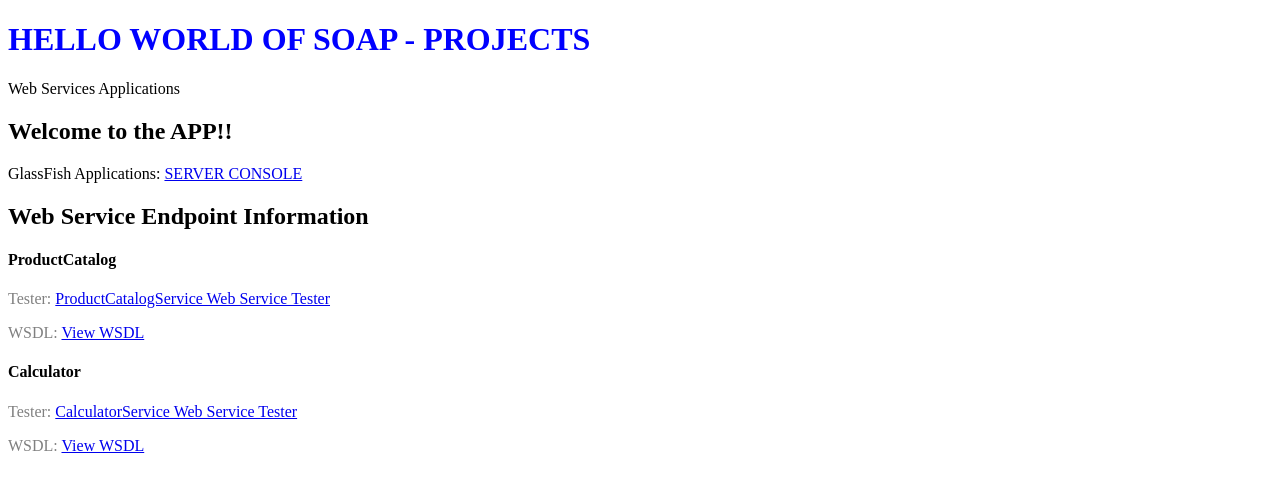
Repository: atafs/BackEnd_JAX-JAX-WS_SOAP
Page: http://localhost/Project_003_SOAP_server_ServiceAndContractFirst/
These files come from the project's save history. The page is drawn as it stood at one moment and after the next save; the edit follows.
The browser window is 1280 px wide. The pictures show the whole page.
The page is served by Tomcat 9.

Above is the page before, as saved 2016-01-26 11:59:39.

After the next save:
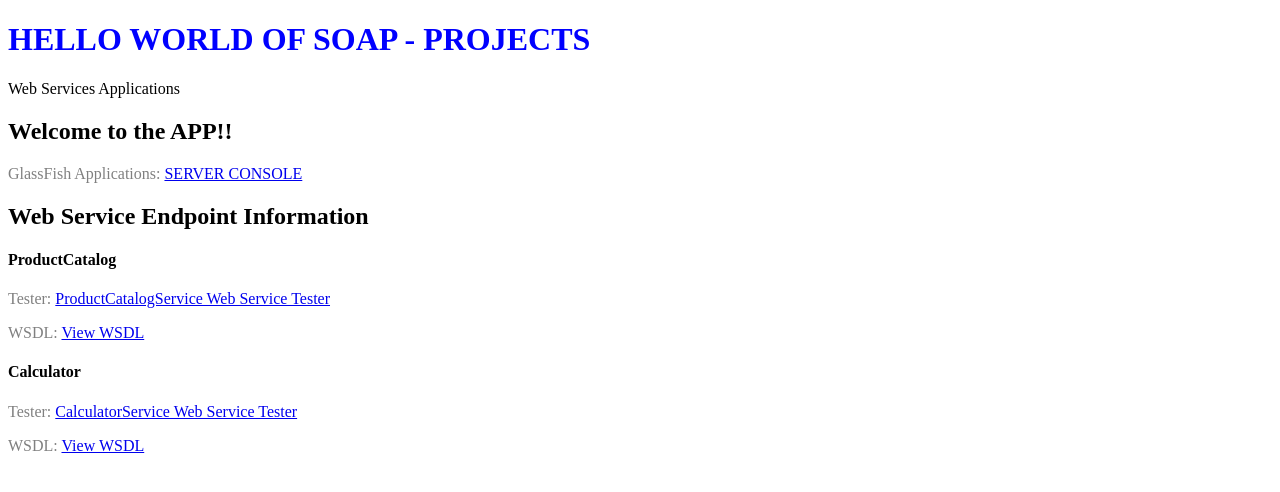
Saved 24 s later.
--- a/Project_003_SOAP_server_ServiceAndContractFirst/WebContent/index.jsp
+++ b/Project_003_SOAP_server_ServiceAndContractFirst/WebContent/index.jsp
@@ -16,7 +16,7 @@
 
 	<!-- LINKS -->
 	<h2>Welcome to the APP!! </h2>
-	<p>GlassFish Applications: <a href="http://localhost:4848/common/index.jsf">SERVER CONSOLE</a></p>
+	<p style="color:gray;">GlassFish Applications: <a href="http://localhost:4848/common/index.jsf">SERVER CONSOLE</a></p>
 
 	<h2>Web Service Endpoint Information</h2>
 	<h4>ProductCatalog</h4>
